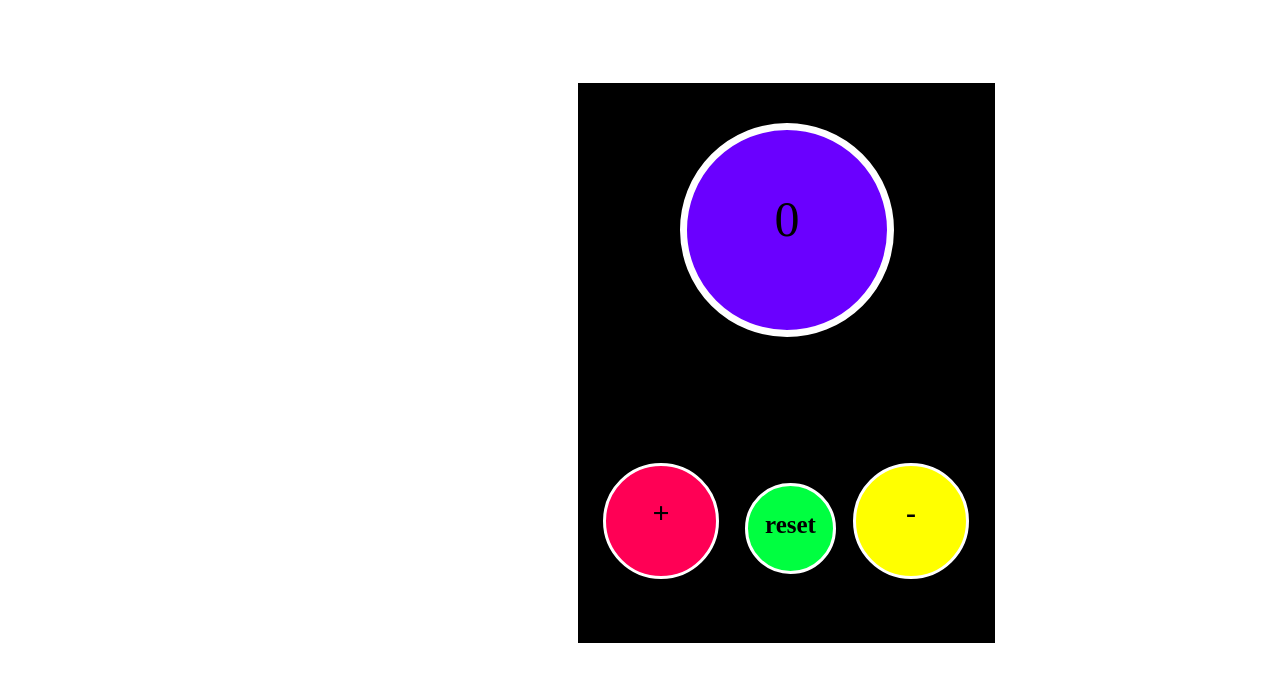
Repository: sara55m/Counter_App
Page: index.html
An editor plug-in stored every save of this project. The page is shown before and after the next save, followed by the edit.
The browser window is 1280 px wide. The pictures show the whole page.

Above is the page before, as saved 2024-07-31 18:04:02.

### index.html
<!DOCTYPE html>
<html lang="en">
<head>
    <meta charset="UTF-8">
    <meta name="viewport" content="width=device-width, initial-scale=1.0">
    <title>Document</title>
    <link rel="stylesheet" href="css/style.css">
</head>
<body>
    <div class="container">
        <div class="main" id="main"><p class="one" id="one"></p></div>
        <div class="increase" id="increase" onclick="increase()"><p class="first">+</p></div>
        <div class="decrease" id="decrease" onclick="decrease()"><p class="second">-</p></div>
        <div class="reset" onclick="reset_1()"><p class="third">reset</p></div>
    </div>
    <script src="js/script.js"></script>
</body>
</html>

### css/style.css
.container{
    position: absolute;
    top:80px;
    left:575px;
    height:560px;
    width:417px;
    background-color: black;
    border:3px solid white;
}
p.one{
    text-align: center;

}

.main{
    position:absolute;
    top:40px;
    left:102px;
    height:180px;
    width:180px;
    border-radius: 50%;
    background-color: rgb(106, 0, 255);
    text-align: center;
    font-size: 50px;
    padding:10px;
    border:7px solid white;

}

.increase{
    position:absolute;
    top:380px;
    left:25px;
    height:110px;
    width:110px;
    border-radius: 50%;
    background-color: rgb(255, 0, 85);
    border:3px solid white;
    font-weight: bolder;
}
p.first,p.second{
    font-size: 30px;
    text-align: center;
}

.decrease{
    position:absolute;
    top:380px;
    left:275px;
    height:110px;
    width:110px;
    border-radius: 50%;
    border:3px solid white;
    background-color:yellow;
    text-align: center;
    font-weight: bolder;
}

.reset{
    position:absolute;
    top:400px;
    left:167px;
    height:85px;
    width:85px;
    border-radius: 50%;
    background-color: rgb(0, 255, 64);
    font-weight: bolder;
    border:3px solid white;
}

p.third{
    font-size: 25px;
    text-align: center;
}

### js/script.js
let count=0;
document.getElementById("one").innerHTML=count;
function increase(){
    count+=1;
    document.getElementById("one").innerHTML=count;
}

function reset_1(){
    count=0;
    document.getElementById("one").innerHTML=count;
}

count=0;
document.getElementById("one").innerHTML=count;
function decrease(){
    count-=1;
    document.getElementById("one").innerHTML=count;

}

After the next save:
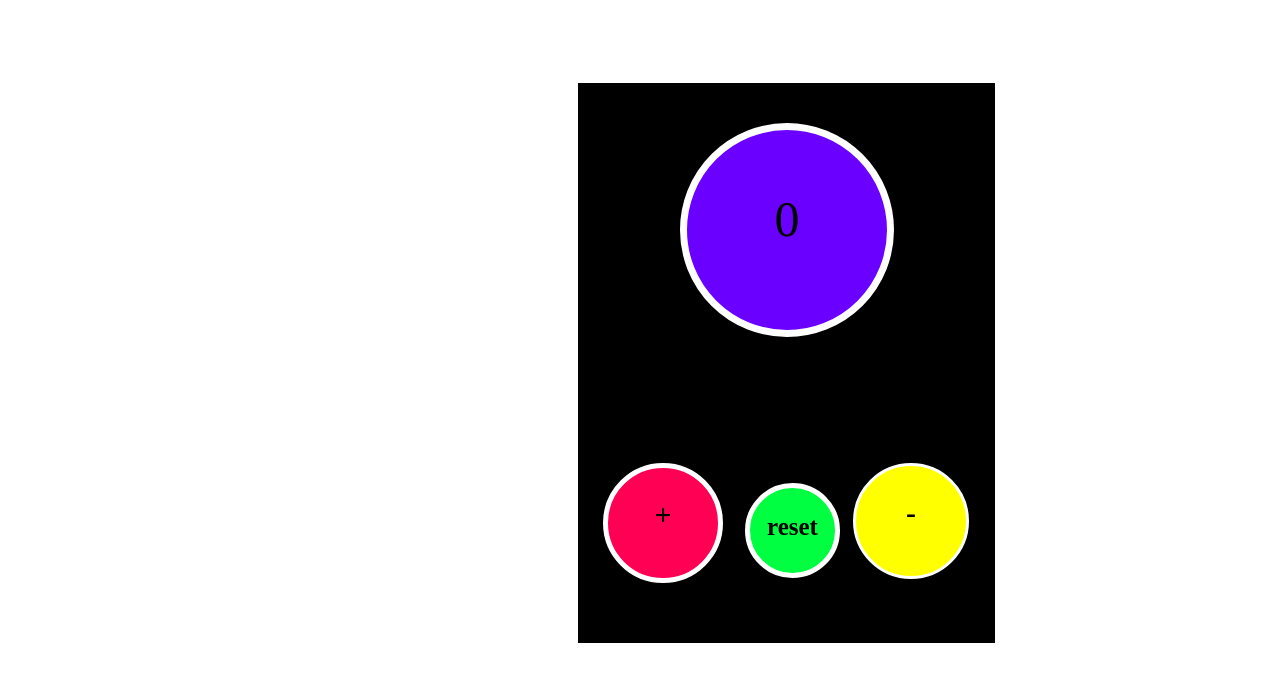
Saved 36 s later.
--- a/css/style.css
+++ b/css/style.css
@@ -35,7 +35,7 @@ p.one{
     width:110px;
     border-radius: 50%;
     background-color: rgb(255, 0, 85);
-    border:3px solid white;
+    border:5px solid white;
     font-weight: bolder;
 }
 p.first,p.second{
@@ -65,7 +65,7 @@ p.first,p.second{
     border-radius: 50%;
     background-color: rgb(0, 255, 64);
     font-weight: bolder;
-    border:3px solid white;
+    border:5px solid white;
 }
 
 p.third{
